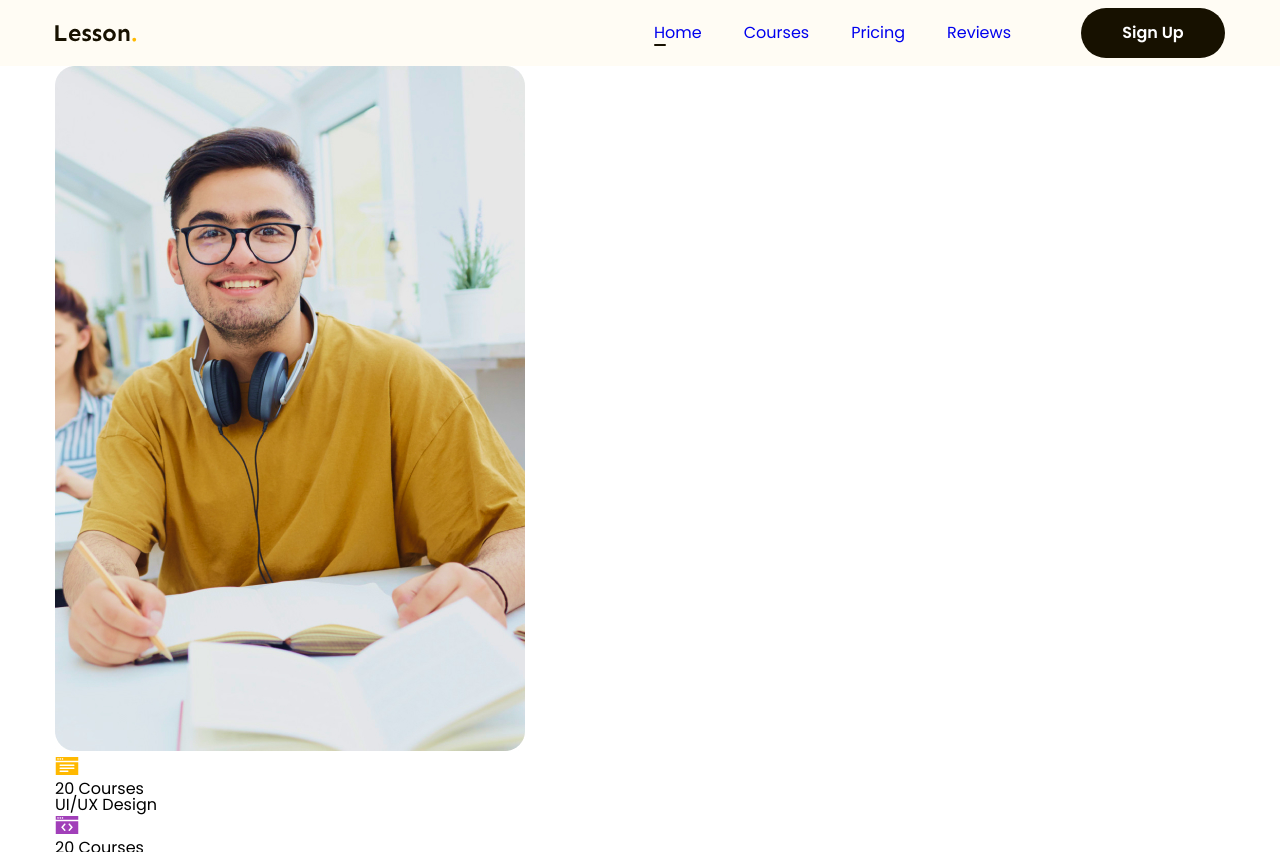
Repository: empty24062002/f8-htmlcss-02-pratice
Page: index.html
These files come from the project's save history. The page is drawn as it stood at one moment and after the next save; the edit follows.
The browser window is 1280 px wide. The pictures show the part of the page from y = 0 to 852 px (the page is 5066 px tall).
A picture or video elsewhere on the page could not be fetched, so the positions and the page height are approximate.

Above is the page before, as saved 2023-07-18 12:41:17.

### index.html
<!DOCTYPE html>
<html lang="en">
    <head>
        <meta charset="UTF-8" />
        <meta name="viewport" content="width=device-width, initial-scale=1.0" />
        <title>F8 Project 02 Practice</title>
        <!-- Reset CSS -->
        <link rel="stylesheet" href="./assets/css/reset.css" />
        <!-- Embed font -->
        <link rel="preconnect" href="https://fonts.googleapis.com" />
        <link rel="preconnect" href="https://fonts.gstatic.com" crossorigin />
        <link
            href="https://fonts.googleapis.com/css2?family=Poppins:wght@400;500;600;700&family=Sen:wght@700&display=swap"
            rel="stylesheet"
        />
        <link rel="stylesheet" href="./assets/css/styles.css" />
    </head>
    <body>
        <header class="header fixed">
            <div class="main-content">
                <div class="body">
                    <img
                        src="./assets/img/logo.svg"
                        alt="lesson."
                        class="logo"
                    />
                    <!-- nav -->
                    <nav class="nav">
                        <ul>
                            <li class="active">
                                <a href="#!">Home</a>
                            </li>
                            <li>
                                <a href="#!">Courses</a>
                            </li>
                            <li>
                                <a href="#!">Pricing</a>
                            </li>
                            <li>
                                <a href="#!">Reviews</a>
                            </li>
                        </ul>
                    </nav>
                    <!-- Action -->
                    <div class="action">
                        <a href="#!" class="btn sign-up-btn">Sign Up</a>
                    </div>
                </div>
            </div>
        </header>
        <main style="height: 5000px">
            <!-- hero -->
            <div class="hero">
                <div class="main-content">
                    <div class="hero-body">
                        <!-- Hero left -->
                        <div class="media-block">
                            <img
                                src="./assets/img/hero-media.jpg"
                                alt="Learn without limits and spread knowledge."
                                class="img"
                            />
                            <div class="hero-summary">
                                <!-- Item 1 -->
                                <div class="item">
                                    <div class="icon">
                                        <img
                                            src="./assets/icons/icon1.svg"
                                            alt=""
                                        />
                                    </div>
                                    <div class="info">
                                        <p class="lable">20 Courses</p>
                                        <p class="title">UI/UX Design</p>
                                    </div>
                                </div>
                                <!-- Item 2 -->
                                <div class="item">
                                    <div class="icon">
                                        <img
                                            src="./assets/icons/icon2.svg"
                                            alt=""
                                        />
                                    </div>
                                    <div class="info">
                                        <p class="lable">20 Courses</p>
                                        <p class="title">Development</p>
                                    </div>
                                </div>
                                <!-- Item 3 -->
                                <div class="item">
                                    <div class="icon">
                                        <img
                                            src="./assets/icons/icon 3.svg"
                                            alt=""
                                        />
                                    </div>
                                    <div class="info">
                                        <p class="lable">30 Courses</p>
                                        <p class="title">Marketing</p>
                                    </div>
                                </div>
                            </div>
                        </div>
                        <!-- Hero right -->
                        <div class="content-block">
                            <h1 class="heading">
                                Learn without limits and spread knowledge.
                            </h1>
                            <p class="desc">
                                Build new skills for that “this is my year”
                                feeling with courses, certificates, and degrees
                                from world-class universities and companies.
                            </p>
                            <div class="cta-group">
                                <a href="" class="btn">See Courses</a>
                            </div>
                            <button class="watch-video">
                                <div class="icon">
                                    <img
                                        src="./assets/icons/watch-video.svg"
                                        alt=""
                                    />
                                </div>
                                <span>Watch video</span>
                            </button>
                            <p class="desc">Recent engagement</p>
                            <p class="desc">
                                <strong>50K</strong> Students
                                <strong>70+</strong> Courses
                            </p>
                        </div>
                    </div>
                </div>
            </div>
        </main>
    </body>
</html>

### assets/css/styles.css
* {
    box-sizing: border-box;
}

:root {
    --font-heading: Sen, sans-serif;
    --primary-color: #ffb900;
    --secondary-color: #171100;
}

html {
    font-size: 62.5%;
}

body {
    font-size: 1.6rem;
    font-family: "Poppins", sans-serif;
}

/* Common */
a {
    text-decoration: none;
}

.main-content {
    width: 1170px;
    max-width: calc(100% - 48px);
    margin-left: auto;
    margin-right: auto;
}

.btn {
    display: inline-block;
    width: 118px;
    line-height: 50px;
    font-size: 1.6rem;
    font-weight: 600;
    text-align: center;
    color: #ffffff;
    background: var(--secondary-color);
    border-radius: 999px;
}

/* Header */
.header {
    background: #fffcf4;
}

.header.fixed {
    position: sticky;
    margin-top: -28px;
}

.header .body {
    display: flex;
    align-items: center;
    padding: 36px 0 8px;
}

.nav {
    margin-left: auto;
}

.nav ul {
    display: flex;
}

.nav a {
    position: relative;
    padding: 8px 21px;
    font-size: 1.6rem;
    font-weight: 400;
}

.nav li.active a::after {
    position: absolute;
    left: 21px;
    bottom: 6px;
    content: "";
    display: block;
    width: 12px;
    height: 2px;
    border-radius: 1px;
    background-color: var(--secondary-color);
}

.header .sign-up-btn {
    min-width: 144px;
    border-radius: 25px;
}

.header .action {
    margin-left: 49px;
}

/* Hero */

Loaded but not shown: assets/css/reset.css (common file)

After the next save:
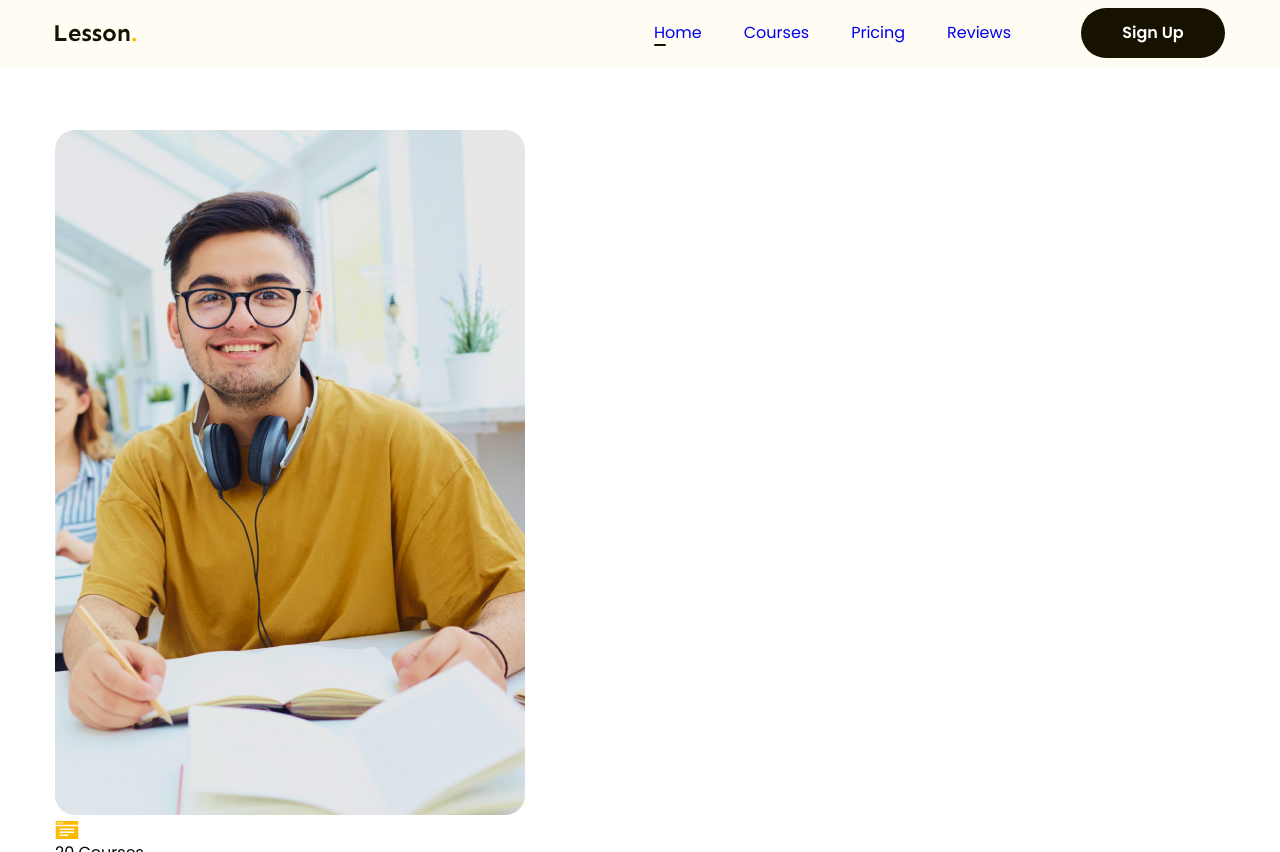
Saved 69 s later.
--- a/assets/css/styles.css
+++ b/assets/css/styles.css
@@ -94,3 +94,6 @@
 }
 
 /* Hero */
+.hero {
+    padding-top: 64px;
+}
